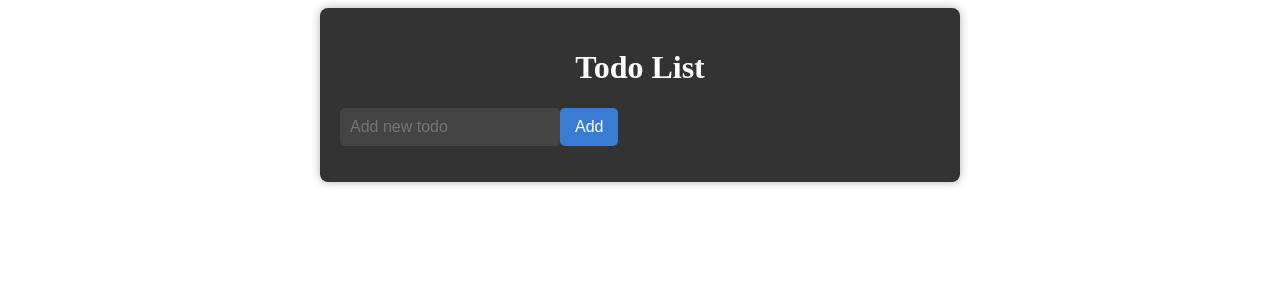
Repository: Tobby004/Todo-assignment
Page: / (app in todo-list-app/)
An editor plug-in stored every save of this project. The page is shown before and after the next save, followed by the edit.
The browser window is 1280 px wide. The pictures show the whole page.
The project was rebuilt for these pictures with package versions that can differ from the ones it lists, and the page was loaded fresh each time. Also part of the build but not shown: todo-list-app/vue.config.js.

Above is the page before, as saved 2023-12-06 16:46:09.

### todo-list-app/src/App.vue
<template>
  <div id="app">
    <h1>Todo List</h1>
    <div class="input-container">
      <input v-model="newTodo" @keyup.enter="addTodo" placeholder="Add new todo" class="input-field">
      <button @click="addTodo" class="add-button">Add</button>
    </div>
    <ul>
      <li v-for="(todo, index) in todos" :key="index" class="todo-item">
        <span>{{ todo }}</span>
        <button @click="editTodo(index)" class="edit-button">Edit</button>
        <button @click="deleteTodo(index)" class="delete-button">Delete</button>
      </li>
    </ul>
  </div>
</template>



<script>
export default {
  data() {
    return {
      todos: [],
      newTodo: '',
      editedTodoIndex: null,
    };
  },
  methods: {
    addTodo() {
      if (this.newTodo.trim() !== '') {
        if (this.editedTodoIndex !== null) {
          this.todos[this.editedTodoIndex] = this.newTodo;
          this.newTodo = '';
          this.editedTodoIndex = null;
        } else {
          this.todos.push(this.newTodo);
          this.newTodo = '';
        }
      }
    },
    editTodo(index) {
      this.newTodo = this.todos[index];
      this.editedTodoIndex = index;
    },
    deleteTodo(index) {
      this.todos.splice(index, 1);
    },
  },
};
</script>

<style scoped>
body {
  margin: 0;
  font-family: Arial, sans-serif;
  background-color: #222;
  color: #eee;
}
h1 {
  color: #fff;
}

#app {
  max-width: 600px;
  margin: 0 auto;
  padding: 20px;
  background-color: #333;
  border-radius: 8px;
  box-shadow: 0 0 10px rgba(0, 0, 0, 0.3);
}

h1 {
  text-align: center;
}

.input-container {
  display: flex;
  align-items: center;
  margin-bottom: 10px;
}

.input-field {
  width: 200px; /* Reducing input width */
  padding: 10px;
  border: none;
  border-radius: 5px;
  font-size: 16px;
  background-color: #444;
  color: #eee;
}

.add-button {
  padding: 10px 15px;
  border: none;
  border-radius: 5px;
  cursor: pointer;
  font-size: 16px;
  background-color: #3a7bd5;
  color: #fff;
  transition: background-color 0.3s ease;
}

.add-button:hover {
  background-color: #2e5aa3;
}
.todo-item {
  display: flex;
  align-items: center;
  justify-content: space-between;
  padding: 10px;
  margin-bottom: 8px;
  background-color: #555;
  border-radius: 5px;
  color: white;
  transition: background-color 0.3s ease;
}

.todo-item:hover {
  background-color: #666;
}

.edit-button,
.delete-button {
  padding: 5px 10px;
  border: none;
  border-radius: 3px;
  cursor: pointer;
  transition: background-color 0.3s ease;
}

.edit-button:hover {
  background-color: #3a7bd5;
}

.delete-button:hover {
  background-color: #d9534f;
}
</style>

Loaded but not shown: todo-list-app/public/index.html (common file); todo-list-app/src/main.js (common file)

After the next save:
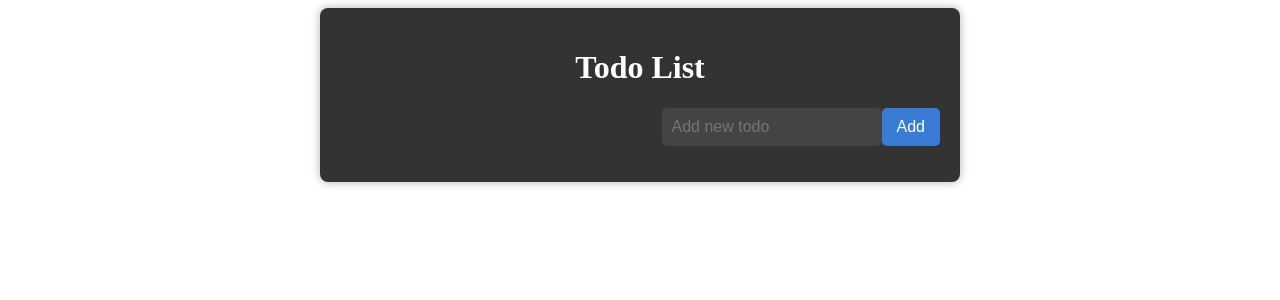
Saved 64 s later.
--- a/todo-list-app/src/App.vue
+++ b/todo-list-app/src/App.vue
@@ -81,13 +81,15 @@ h1 {
 }
 
 .input-field {
-  width: 200px; /* Reducing input width */
+  width: 200px;
   padding: 10px;
   border: none;
   border-radius: 5px;
   font-size: 16px;
   background-color: #444;
   color: #eee;
+  margin-left: auto;
+  margin-left: auto;
 }
 
 .add-button {
